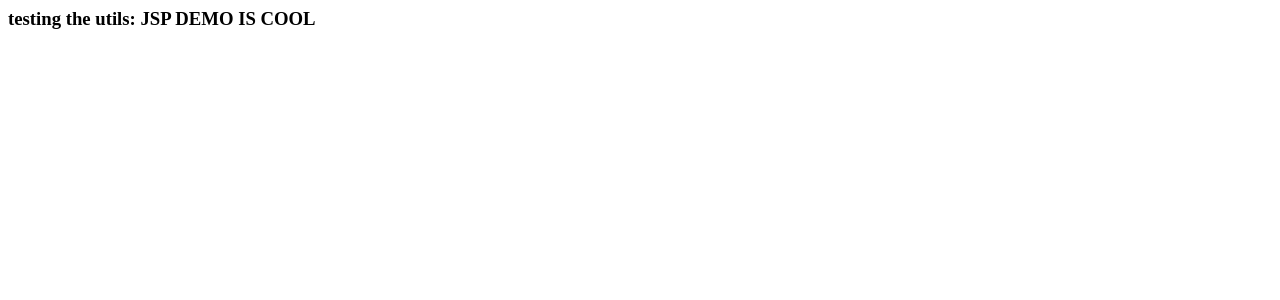
Repository: keerthana-777/01-helloworld
Page: http://localhost/01-helloworld/utils-test.jsp
The author's editor kept a copy of each file at every save. The page is drawn from the files as they stood at one save, then again after the next save.
The browser window is 1280 px wide. The pictures show the whole page.
The page is served by Tomcat 9.

Above is the page before, as saved 2022-04-13 14:41:46.

After the next save:
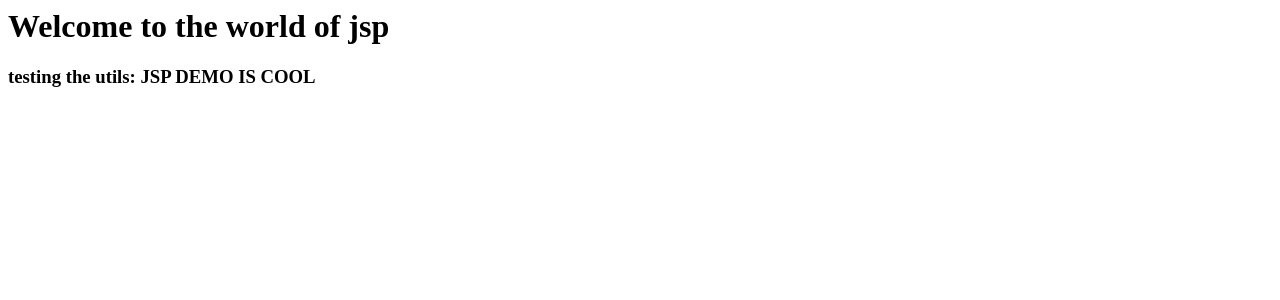
Saved 42 s later.
--- a/eclipse-workspace/01-helloworld/src/main/webapp/utils-test.jsp
+++ b/eclipse-workspace/01-helloworld/src/main/webapp/utils-test.jsp
@@ -1,6 +1,8 @@
 <%@ page import="com.jspdemo.*" %>
 <html>
   <body>
+    <jsp:include page="myheader.html"/>
        <h3>testing the utils: <%= HelperUtils.upperCaseIt("Jsp demo is cool") %></h3>
   </body>
+
 </html>
